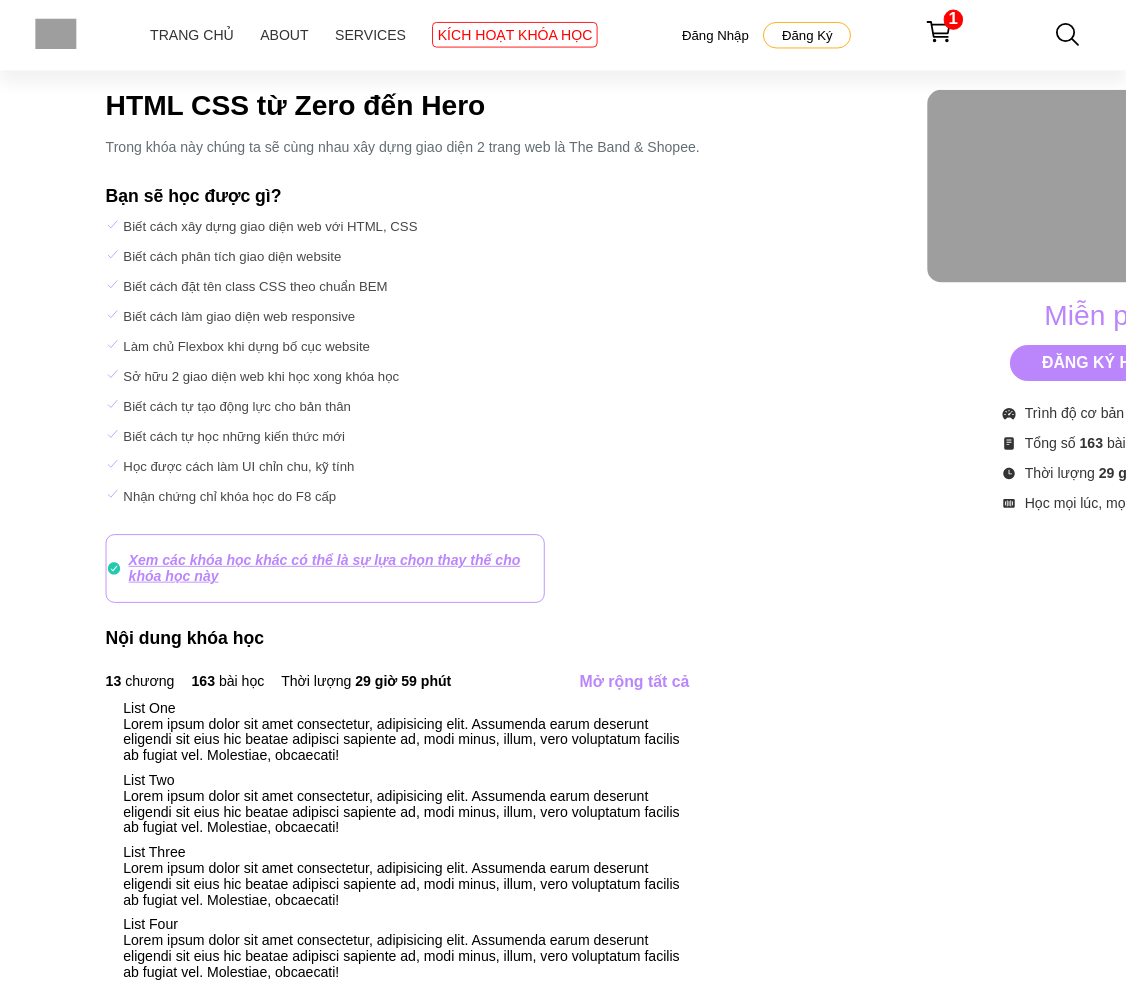
Repository: hoanghuuphuc/hoanghuuphuc
Page: details.html
An editor plug-in stored every save of this project. The page is shown before and after the next save, followed by the edit.
The browser window is 1280 px wide. The pictures show the whole page, at 88% of full size.
Pictures or frames that could not be fetched are drawn as grey boxes.

Above is the page before, as saved 2022-12-12 00:17:56.
Console error: TypeError: Cannot read properties of null (reading 'addEventListener')

### details.html
<!DOCTYPE html>
<html lang="en">
  <head>
    <meta charset="UTF-8" />
    <meta http-equiv="X-UA-Compatible" content="IE=edge" />
    <meta name="viewport" content="width=device-width, initial-scale=1.0" />
    <title>Product-Details</title>
    <link rel="stylesheet" href="./style.css" />
    <link rel="stylesheet" href="./rps_mobile.css" />
    <link rel="preconnect" href="https://fonts.gstatic.com" />
  </head>
  <body>
    <header>
      <div class="logo">
        <a href="">
          <img id="img" src="./Img/logene.jfif" alt="" />
        </a>
      </div>
      <div class="group">
        <ul class="navigation">
          <li><a href="">Trang Chủ</a></li>
          <li><a href="">About</a></li>
          <li><a href="">Services</a></li>
          <li><a id="active" href="">Kích Hoạt Khóa Học</a></li>
        </ul>
      </div>
      <div class="User">
        <div class="but">
          <button>Đăng Nhập</button>
          <button>Đăng Ký</button>
        </div>
      </div>
      <div class="icons">
        <ion-icon name="cart-outline"></ion-icon>
        <span>1</span>
      </div>
      <div class="search">
        <span class="icon">
          <ion-icon name="search-outline" class="searchBtn"></ion-icon>
          <ion-icon name="close-outline" class="closeBtn"></ion-icon>
        </span>
      </div>
      <ion-icon name="menu-outline" class="menuToggle"></ion-icon>
      <div class="searchBox">
        <input type="text" placeholder="Search here . . ." />
      </div>
    </header>
    <div class="details-section">
      <div class="details-left">
        <div class="details-left-name">
          <h1>HTML CSS từ Zero đến Hero</h1>
          <span
            >Trong khóa này chúng ta sẽ cùng nhau xây dựng giao diện 2 trang web
            là The Band & Shopee.</span
          >
        </div>
        <span class="bonus">Bạn sẽ học được gì?</span>
        <div class="details-left-content">
          <ul>
            <li>
              <ion-icon name="checkmark-outline"></ion-icon>
              Biết cách xây dựng giao diện web với HTML, CSS
            </li>
            <li>
              <ion-icon name="checkmark-outline"></ion-icon>
              Biết cách phân tích giao diện website
            </li>
            <li>
              <ion-icon name="checkmark-outline"></ion-icon>
              Biết cách đặt tên class CSS theo chuẩn BEM
            </li>
            <li>
              <ion-icon name="checkmark-outline"></ion-icon>
              Biết cách làm giao diện web responsive
            </li>
            <li>
              <ion-icon name="checkmark-outline"></ion-icon>
              Làm chủ Flexbox khi dựng bố cục website
            </li>
          </ul>
          <ul>
            <li>
              <ion-icon name="checkmark-outline"></ion-icon>
              Sở hữu 2 giao diện web khi học xong khóa học
            </li>
            <li>
              <ion-icon name="checkmark-outline"></ion-icon>
              Biết cách tự tạo động lực cho bản thân
            </li>
            <li>
              <ion-icon name="checkmark-outline"></ion-icon>
              Biết cách tự học những kiến thức mới
            </li>
            <li>
              <ion-icon name="checkmark-outline"></ion-icon>
              Học được cách làm UI chỉn chu, kỹ tính
            </li>
            <li>
              <ion-icon name="checkmark-outline"></ion-icon>
              Nhận chứng chỉ khóa học do F8 cấp
            </li>
          </ul>
        </div>
        <div class="details-left-tag">
          <ion-icon name="checkmark-circle"></ion-icon>
          <a href="#">
            Xem các khóa học khác có thể là sự lựa chọn thay thế cho khóa học
            này
          </a>
        </div>
        <span class="cont">Nội dung khóa học</span>
        <div class="details-left-content-2">
          <div class="details-left-content-header1">
            <span class="sp"><strong>13</strong> chương</span>
            <span class="sp"><strong>163</strong> bài học</span>
            <span class="sp">Thời lượng <strong>29 giờ 59 phút</strong></span>
          </div>
          <div class="details-left-content-header2">
            <span>Mở rộng tất cả</span>
          </div>
        </div>
        <div class="accordion">
          <div class="contentBx">
            <div class="accordion-label">List One</div>
            <div class="accordion-content">
              <p>
                Lorem ipsum dolor sit amet consectetur, adipisicing elit.
                Assumenda earum deserunt eligendi sit eius hic beatae adipisci
                sapiente ad, modi minus, illum, vero voluptatum facilis ab
                fugiat vel. Molestiae, obcaecati!
              </p>
            </div>
          </div>
          <div class="contentBx">
            <div class="accordion-label">List Two</div>
            <div class="accordion-content">
              <p>
                Lorem ipsum dolor sit amet consectetur, adipisicing elit.
                Assumenda earum deserunt eligendi sit eius hic beatae adipisci
                sapiente ad, modi minus, illum, vero voluptatum facilis ab
                fugiat vel. Molestiae, obcaecati!
              </p>
            </div>
          </div>
          <div class="contentBx">
            <div class="accordion-label">List Three</div>
            <div class="accordion-content">
              <p>
                Lorem ipsum dolor sit amet consectetur, adipisicing elit.
                Assumenda earum deserunt eligendi sit eius hic beatae adipisci
                sapiente ad, modi minus, illum, vero voluptatum facilis ab
                fugiat vel. Molestiae, obcaecati!
              </p>
            </div>
          </div>
          <div class="contentBx">
            <div class="accordion-label">List Four</div>
            <div class="accordion-content">
              <p>
                Lorem ipsum dolor sit amet consectetur, adipisicing elit.
                Assumenda earum deserunt eligendi sit eius hic beatae adipisci
                sapiente ad, modi minus, illum, vero voluptatum facilis ab
                fugiat vel. Molestiae, obcaecati!
              </p>
            </div>
          </div>
        </div>
      </div>
      <div class="details-right">
        <div class="details-right-video">
          <iframe
            width="389"
            height="219"
            src="https://www.youtube.com/embed/YTDHcEJs684"
            title="YouTube video player"
            frameborder="0"
            allow="accelerometer; autoplay; clipboard-write; encrypted-media; gyroscope; picture-in-picture"
            allowfullscreen></iframe>
        </div>
        <div class="details-right-content1">
          <span>Miễn phí</span>
          <button>ĐĂNG KÝ HỌC</button>
        </div>
        <div class="details-right-content2">
          <ul>
            <li>
              <ion-icon name="speedometer"></ion-icon
              ><span>Trình độ cơ bản</span>
            </li>
            <li>
              <ion-icon name="reader"></ion-icon>
              <span>Tổng số <strong>163</strong> bài học</span>
            </li>
            <li>
              <ion-icon name="time"></ion-icon>
              <span>Thời lượng <strong>29 giờ 59 phút</strong> </span>
            </li>
            <li>
              <ion-icon name="barcode"></ion-icon
              ><span> Học mọi lúc, mọi nơi </span>
            </li>
          </ul>
        </div>
      </div>
    </div>

    <script src="./app.js"></script>
    <script
      type="module"
      src="https://unpkg.com/ionicons@5.5.2/dist/ionicons/ionicons.esm.js"></script>
    <script
      nomodule
      src="https://unpkg.com/ionicons@5.5.2/dist/ionicons/ionicons.js"></script>
  </body>
</html>

### style.css
* {
  margin: 0;
  padding: 0;
  box-sizing: border-box;
  font-family: "Poppins", sans-serif;
}
body {
  min-height: 100vh;
  overflow-x: hidden;
}
header {
  position: absolute;
  position: fixed;
  z-index: 100;
  top: 0;
  left: 0;
  width: 100%;
  height: 80px;
  background: #fff;
  padding: 20px 40px;
  display: flex;
  justify-content: space-between;
  align-items: center;
  box-shadow: 0px 15px 15px rgba(0, 0, 0, 0.05);
}
.logo img {
  height: 35px;
}
.group {
  display: flex;
  align-items: center;
}
header ul {
  position: relative;
  display: flex;
  gap: 30px;
}
header ul li {
  list-style: none;
}
header ul li a {
  position: relative;
  text-decoration: none;
  font-size: 1em;
  color: #333;
  text-transform: uppercase;
}
header ul li #active {
  border: 1px solid red;
  padding: 5px;
  color: red;
  border-radius: 5px;
}
header ul li a::before {
  content: "";
  position: absolute;
  bottom: -2px;
  width: 100%;
  height: 2px;
  background: #333;
  transform: scaleX(0);
  transition: transform 0.5s ease-in-out;
  transform-origin: right;
}
header ul li a:hover {
  opacity: 0.5;
}
header .User {
  display: flex;
  align-items: center;
}
header .User .but button:nth-child(1) {
  color: #000;
  font-size: 15px;
  height: 30px;
  width: 100px;
  outline: none;
  border: none;
  background: #fff;
}
header .User .but button:nth-child(2) {
  color: #000;
  font-size: 15px;
  height: 30px;
  width: 100px;
  border: 1px solid orange;
  background: #fff;
  border-radius: 15px;
}
header .User .but button:hover {
  opacity: 0.5;
}
header .icons {
  font-size: 2em;
  position: relative;
}
header .icons span {
  position: absolute;
  top: 0%;
  right: 0%;
  line-height: 5%;
  margin-bottom: 50px;
  font-size: 60%;
  color: #fff;
  border: 1px solid red;
  background: red;
  padding: 10px 5px 10px 5px;
  text-align: center;
  font-family: Arial, Helvetica, sans-serif;
  transform: translateX(50%) translateY(-40%);
  border-radius: 100%;
  font-weight: bold;
}
header .search {
  position: relative;
  display: flex;
  justify-content: center;
  align-items: center;
  font-size: 2em;
  z-index: 10;
  cursor: pointer;
}
.searchBox {
  position: absolute;
  right: -100%;
  width: 100%;
  height: 100%;
  display: flex;
  background: #fff;
  align-items: center;
  padding: 0 30px;
  transition: 0.5s ease-in-out;
}
.searchBox.active {
  right: 0;
}
.searchBox input {
  width: 100%;
  border: none;
  outline: none;
  height: 50px;
  color: #333;
  font-size: 1.25em;
  background: #fff;
  border-bottom: 1px solid rgba(0, 0, 0, 0.5);
}
.searchBtn {
  position: relative;
  left: 30px;
  top: 2.5px;
  transition: 0.5s ease-in-out;
}
.searchBtn.active {
  left: 0;
}
.closeBtn {
  opacity: 0;
  visibility: hidden;
  transition: 0.5s;
  scale: 0;
}
.closeBtn.active {
  opacity: 1;
  visibility: visible;
  transition: 0.5s;
  scale: 1;
}
.menuToggle {
  position: relative;
  display: none;
  left: 0;
}
.banner img {
  background-repeat: no-repeat;
  background-size: cover;
  margin-top: 4%;
}
.content {
  display: flex;
  flex-direction: row;
  margin-top: 50px;
  user-select: none;
  justify-content: center;
}
.content .content-1 {
  background-color: black;
  height: 2px;
  width: 200px;
}
.content .content-2 {
  font-size: 30px;
  font-family: "Segoe UI", Tahoma, Geneva, Verdana, sans-serif;
  font-weight: 600;
  padding: 10px;
  margin-top: -32px;
}
.content .content-3 {
  background-color: black;
  height: 2px;
  width: 200px;
}
.boxs {
  display: flex;
  justify-content: center;
  flex-wrap: wrap;
}
.box {
  margin-top: 10px;
  padding: 20px;
  margin: 10px;
  background: #f0f0f0;
  border-radius: 15px;
}
.box-image img {
  height: 250px;
  border-radius: 5%;
}
.box-content .box-name {
  display: flex;
  justify-content: center;
  align-items: center;
  padding: 10px;
}
.box-content .box-name span {
  font-weight: 700;
  margin-right: 5px;
  font-size: 20px;
  font-family: "Segoe UI", Tahoma, Geneva, Verdana, sans-serif;
  overflow: hidden;
  text-overflow: ellipsis;
  white-space: nowrap;
  width: 200px;
  text-align: center;
}
.box-content .box-price {
  display: flex;
  flex-direction: column;
  justify-content: center;
  padding: 5px 10px 10px 10px;
}
.box-content .box-price .price {
  padding: 0px 10px 10px 10px;
}
.price {
  overflow: hidden;
  text-overflow: ellipsis;
  white-space: nowrap;
  width: 210px;
}
.box-content .box-price .price span {
  font-size: 18px;
  font-weight: 500;
}
.box-content .box-price .price a {
  font-weight: 600;
}
.sale {
  overflow: hidden;
  text-overflow: ellipsis;
  white-space: nowrap;
  width: 210px;
}
.box-content .box-price .sale {
  padding: 0px 10px 0px 10px;
}
.box-content .box-price .sale span {
  font-size: 18px;
}
.box-content .box-price .sale a {
  font-size: 18px;
  color: red;
  font-weight: bold;
  text-decoration: none;
}
.box-btn {
  display: flex;
  justify-content: space-between;
  align-items: center;
  border-top: 1px solid #c0c0c0;
}
.box-btn button {
  padding: 5px 20px;
  font-size: 16px;
  font-weight: 500;
  font-family: "Lucida Sans", "Lucida Sans Regular", "Lucida Grande",
    "Lucida Sans Unicode", Geneva, Verdana, sans-serif;
  color: orangered;
  border: 1px solid orangered;
  border-radius: 5px;
  margin-top: 15px;
}
.box-btn button:hover {
  opacity: 0.5;
}
.box-btn ion-icon {
  font-size: 25px;
  font-weight: 500;
  color: orangered;
  margin-top: 15px;
  font-weight: 300;
}
.box-btn ion-icon:hover {
  opacity: 0.5;
}
.title {
  padding: 20px 0px 20px 150px;
}
.title span {
  font-size: 18px;
}
.tabs {
  display: flex;
  justify-content: flex-start;
  padding: 10px 150px 0px 150px;
  flex-wrap: wrap;
}
.tabs .tab-item {
  margin: 0px 0px 0px 5px;
}
.tabs .line {
  position: absolute;
  left: 0;
  bottom: 0;
  width: 0;
  height: 6px;
  border-radius: 15px;
  transition: all 0.2s ease;
}
.tab-item {
  min-width: 80px;
  padding: 5px 10px;
  font-size: 20px;
  text-align: center;
  color: #181821;
  background-color: #dee1e2;
  border-top-left-radius: 5px;
  border-top-right-radius: 5px;
  border-bottom: 5px solid transparent;
  opacity: 0.6;
  cursor: pointer;
  transition: all 0.5s ease;
  display: flex;
  justify-content: center;
  align-items: center;
  border-bottom: 2px solid #000;
}
.tab-icon {
  font-size: 24px;
  position: relative;
}
.tab-item:hover {
  opacity: 1;
  background-color: rgba(194, 53, 100, 0.05);
  border-color: rgba(194, 53, 100, 0.1);
}
.tab-item.active {
  opacity: 1;
  color: #ff4500;
  font-weight: 500;
  border-bottom: 2px solid #ff4500;
}
.tab-content {
  padding: 28px 0px 0px 150px;
}
.tab-pane {
  color: #333;
  display: none;
}
.tab-pane.active {
  display: block;
}
.tab-pane h2 {
  font-size: 24px;
  margin-bottom: 8px;
}
.boxeds {
  display: flex;
  flex-wrap: wrap;
}
.boxed {
  margin-top: 10px;
  padding: 20px;
  margin: 20px 20px 10px 0px;
  background: #f0f0f0;
  border-radius: 15px;
}
.boxed-image img {
  height: 250px;
  width: auto;
  border-radius: 10px;
  overflow: hidden;
  object-fit: cover;
}
.boxed-content .boxed-content-name {
  display: flex;
  justify-content: center;
  align-items: center;
  padding: 10px;
}
.boxed-content-name span {
  font-weight: 600;
  margin-right: 5px;
  font-size: 20px;
  font-family: "Segoe UI", Tahoma, Geneva, Verdana, sans-serif;
  overflow: hidden;
  text-overflow: ellipsis;
  white-space: nowrap;
  width: 200px;
  text-align: center;
  font-weight: 700;
}
.boxed-content-price {
  padding: 5px 10px 10px 10px;
}
.boxed-content-price1 span {
  font-size: 18px;
  font-weight: 500;
}
.boxed-content-price1 a {
  font-weight: 600;
}
.boxed-content-sale {
  padding: 10px 10px 10px 0px;
}
.boxed-content-sale span {
  font-size: 18px;
  font-weight: 500;
}
.boxed-content-sale a {
  font-weight: 600;
  color: red;
}
.boxed-content-btn {
  display: flex;
  justify-content: space-between;
  align-items: center;
  border-top: 1px solid #c0c0c0;
}
.boxed-content-btn button {
  padding: 5px 20px;
  font-size: 16px;
  font-weight: 500;
  font-family: "Lucida Sans", "Lucida Sans Regular", "Lucida Grande",
    "Lucida Sans Unicode", Geneva, Verdana, sans-serif;
  color: orangered;
  border: 1px solid orangered;
  border-radius: 5px;
  margin-top: 15px;
}
.boxed-content-btn button:hover {
  opacity: 0.5;
}
.boxed-content-btn ion-icon {
  font-size: 25px;
  font-weight: 500;
  color: orangered;
  margin-top: 15px;
  font-weight: 300;
}
.boxed-content-btn ion-icon:hover {
  opacity: 0.5;
}
footer {
  background: #181821;
  display: flex;
  justify-content: space-around;
  padding: 100px;
}
.footer-one a {
  font-size: 25px;
  padding: 5px;
  color: #fff;
  font-weight: 600;
}
.footer-one ul li {
  color: #a9b3bb;
  list-style: none;
  padding: 5px;
  font-size: 16px;
}
.footer-one span {
  font-style: italic;
}
.footer-two span {
  font-size: 25px;
  padding: 5px;
  color: #fff;
  font-weight: 600;
}
.footer-two ul li {
  color: #a9b3bb;
  list-style: none;
  padding: 5px;
  font-size: 16px;
}
.footer-three span {
  font-size: 25px;
  padding: 5px;
  color: #fff;
  font-weight: 600;
}
.footer-three ul li {
  color: #a9b3bb;
  list-style: none;
  padding: 5px;
  font-size: 16px;
}
.footers {
  display: flex;
  justify-content: space-around;
  background: #181821;
  padding: 10px;
  border-top: 2px solid #333;
  align-items: center;
}
.footers-text {
  color: #a9b3bb;
  font-size: 16px;
}
.footers-media img {
  width: auto;
  height: 40px;
  object-fit: cover;
  padding: 5px;
}
/* Css của form login */
.container {
  display: flex;
  justify-content: center;
  flex-direction: column;
  align-items: center;
  min-height: 100vh;
}
.form-login {
  border: 1px solid #999;
  padding: 50px 50px 30px 50px;
  width: 400px;
}
.form-login-input {
  margin: 15px 0;
}
.form-login-image {
  display: flex;
  justify-content: center;
  margin-bottom: 50px;
}
.form-input {
  border: 1px solid #999;
  border-radius: 4px;
  width: 100%;
  height: 50px;
  padding: 0 20px;
  transition: 0.25s ease;
  outline: none;
}
.form-input:focus {
  border-color: #ff4500;
}
.form-login-input {
  position: relative;
}
.form-label {
  position: absolute;
  top: 50%;
  transform: translateY(-50%);
  left: 21px;
  user-select: none;
  color: #999;
  pointer-events: none;
  transition: 0.25s ease;
}
.form-input:not(:placeholder-shown) + .form-label,
.form-input:focus + .form-label {
  top: 0;
  left: 11px;
  padding: 0 10px;
  display: inline-block;
  background-color: #fff;
  color: #ff4500;
  font-weight: 500;
  font-size: 14px;
}
.form-login-input .fa-regular {
  position: absolute;
  left: 90%;
  top: 18px;
  cursor: pointer;
}
.form-login-input .hidden {
  display: none;
}
.remember {
  display: flex;
  align-items: center;
}
.remember span {
  color: #999;
  margin-left: 10px;
}
.btn-login button {
  margin-top: 10px;
  width: 100%;
  padding: 8px;
  font-weight: 600;
  font-style: 20px;
  transition: 0.25s ease;
  font-family: "Segoe UI", Tahoma, Geneva, Verdana, sans-serif;
}
.btn-login button:hover {
  opacity: 0.5;
}
.or {
  display: flex;
  flex-direction: row;
  margin-top: 20px;
  user-select: none;
  justify-content: center;
}
.or-left {
  background-color: #999;
  height: 1px;
  width: 45%;
}
.or-center {
  font-family: "Segoe UI", Tahoma, Geneva, Verdana, sans-serif;
  font-weight: 600;
  padding: 10px;
  margin-top: -22px;
  color: #999;
}
.or-right {
  background-color: #999;
  height: 1px;
  width: 45%;
}
.forgot {
  padding-top: 20px;
  display: flex;
  justify-content: flex-end;
}
.forgot a {
  text-decoration: none;
  font-weight: 500;
  color: rgb(0, 149, 246);
}
.logins {
  display: grid;
  grid-template-columns: 1fr 3fr;
  align-items: center;
  padding: 0 10px;
}
.logins a {
  text-decoration: none;
}
.logins span {
  color: #333;
  padding-left: 10%;
  font-weight: 600;
  font-family: "Segoe UI", Tahoma, Geneva, Verdana, sans-serif;
}
.logins img {
  height: 30px;
  margin-left: 10px;
  transform: translateX(100%);
}
.login-facebook {
  margin-bottom: 10px;
}
.form-login-2 {
  border: 1px solid #999;
  padding: 20px 60px;
  margin-top: 10px;
}
.form-login-2 span a {
  text-decoration: none;
  font-weight: 600;
  color: rgb(0, 149, 246);
  font-family: "Segoe UI", Tahoma, Geneva, Verdana, sans-serif;
}
/* Css của trang chi tiết */
.details-section {
  margin-top: 8%;
  display: grid;
  grid-template-columns: 2fr 1fr;
  padding: 0 120px;
}
.details-left-name {
  margin-bottom: 20px;
}
.details-left-name h1 {
  margin-bottom: 20px;
}
.details-left-name span {
  font-weight: 300;
  color: #636e72;
}
.details-section .bonus {
  font-weight: 600;
  font-size: 20px;
  line-height: 50px;
}
.details-left-content {
  display: flex;
  flex-wrap: wrap;
  justify-content: flex-start;
  align-items: center;
}
.details-left-content ul li {
  list-style: none;
  margin-bottom: 15px;
  padding-left: 0;
  margin-right: 30px;
  font-size: 15px;
  color: #333;
  font-weight: 300;
  opacity: 0.9;
}
.details-left-content ul li ion-icon {
  color: #a29bfe;
  font-weight: bold;
  font-size: 16px;
}
.details-left-tag {
  margin-top: 20px;
  display: flex;
  align-items: center;
  justify-content: center;
  border: 1px solid #bb86fc;
  width: 72%;
  padding: 20px 0px;
  border-radius: 10px;
}
.details-left-tag ion-icon {
  margin-right: 8px;
  color: #22caaf;
  font-size: 20px;
}
.details-left-tag a {
  font-weight: 600;
  font-style: italic;
  color: #bb86fc;
  text-decoration: none;
  text-decoration-line: underline;
}
.cont {
  font-weight: 600;
  font-size: 20px;
  line-height: 80px;
}
.details-left-content-2 {
  display: flex;
  justify-content: space-between;
  padding: 0px 30px 0px 0px;
}
.details-left-content-header1 span {
  padding: 0 15px 0px 0px;
}
.details-left-content-header2 span {
  font-weight: 600;
  color: #bb86fc;
  font-size: 18px;
}
.accordion {
  width: 100%;
}
.accordion .contentBx {
  position: relative;
  margin: 10px 20px;
}
.accordion .contentBx .accordion-label {
  position: relative;
}
.accordion-content {
}
/* Css right */
.details-right {
  display: flex;
  flex-direction: column;
  align-items: center;
  position: fixed;
  transform: translateX(240%);
}
.details-right-video iframe {
  border-radius: 16px;
}
.details-right-content1 {
  display: flex;
  flex-direction: column;
  align-items: center;
}
.details-right-content1 span {
  margin: 15px;
  font-size: 32px;
  user-select: none;
  color: #bb86fc !important;
}
.details-right-content1 button {
  font-size: 1rem;
  padding: 10px 36px;
  border-radius: 999px !important;
  border: none;
  background: #bb86fc !important;
  color: #fff;
  font-size: 18px;
  font-weight: 600;
}
.details-right-content2 {
  margin-top: 20px;
  display: flex;
  align-items: center;
  justify-content: center;
  width: 100%;
}
.details-right-content2 ul li {
  width: 100%;
  list-style: none;
  padding: 8px;
  display: flex;
  align-items: center;
  opacity: 0.8;
}
.details-right-content2 ul li ion-icon {
  padding-right: 10px;
}

Loaded but not shown: app.js (68 lines, source omitted); css/rps_mobile.css (no copy from this time; the picture is the same without it)

After the next save:
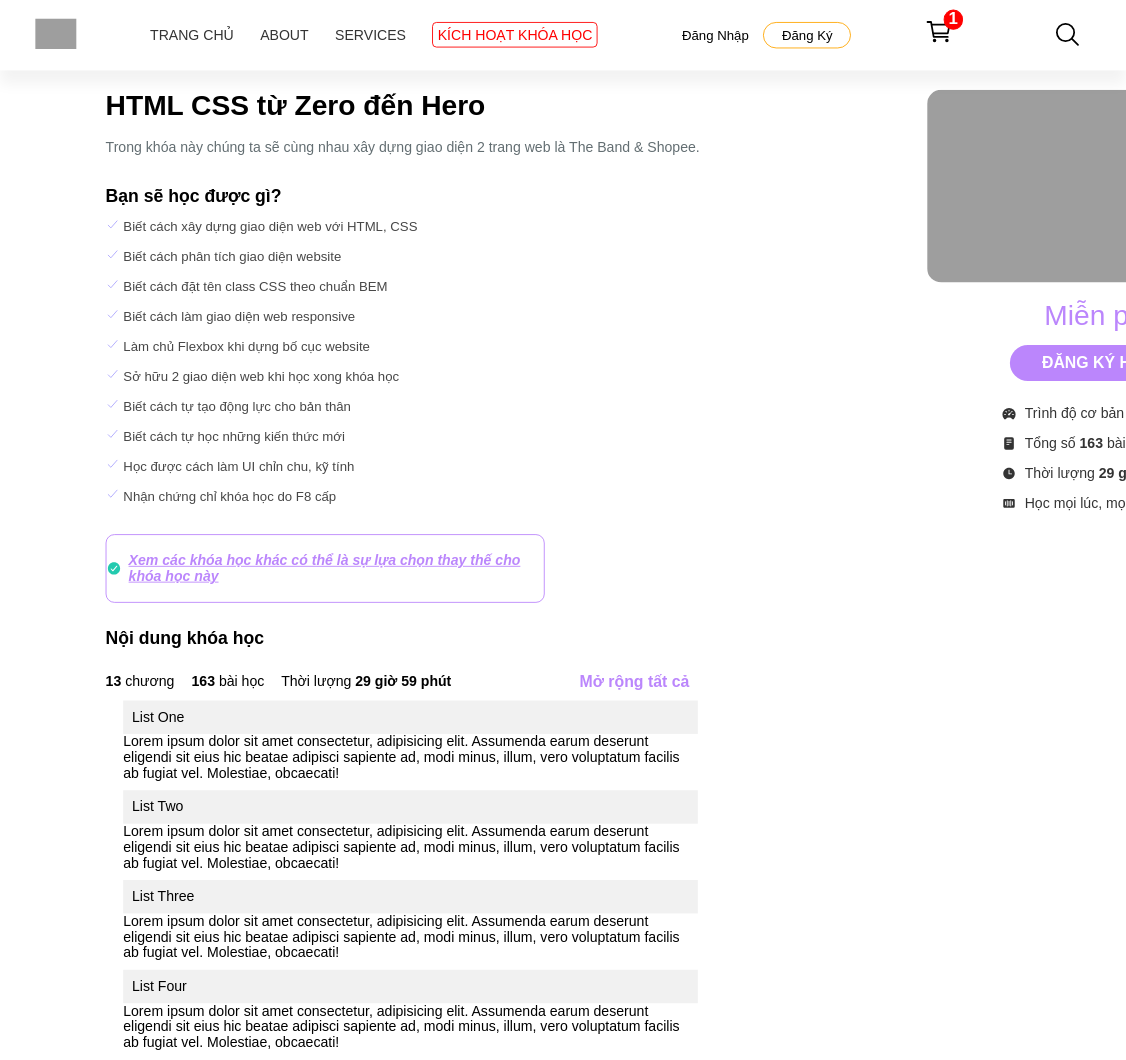
Saved 11 s later.
--- a/style.css
+++ b/style.css
@@ -769,6 +769,8 @@ footer {
 }
 .accordion .contentBx .accordion-label {
   position: relative;
+  padding: 10px;
+  background-color: #f1f1f1;
 }
 .accordion-content {
 }
